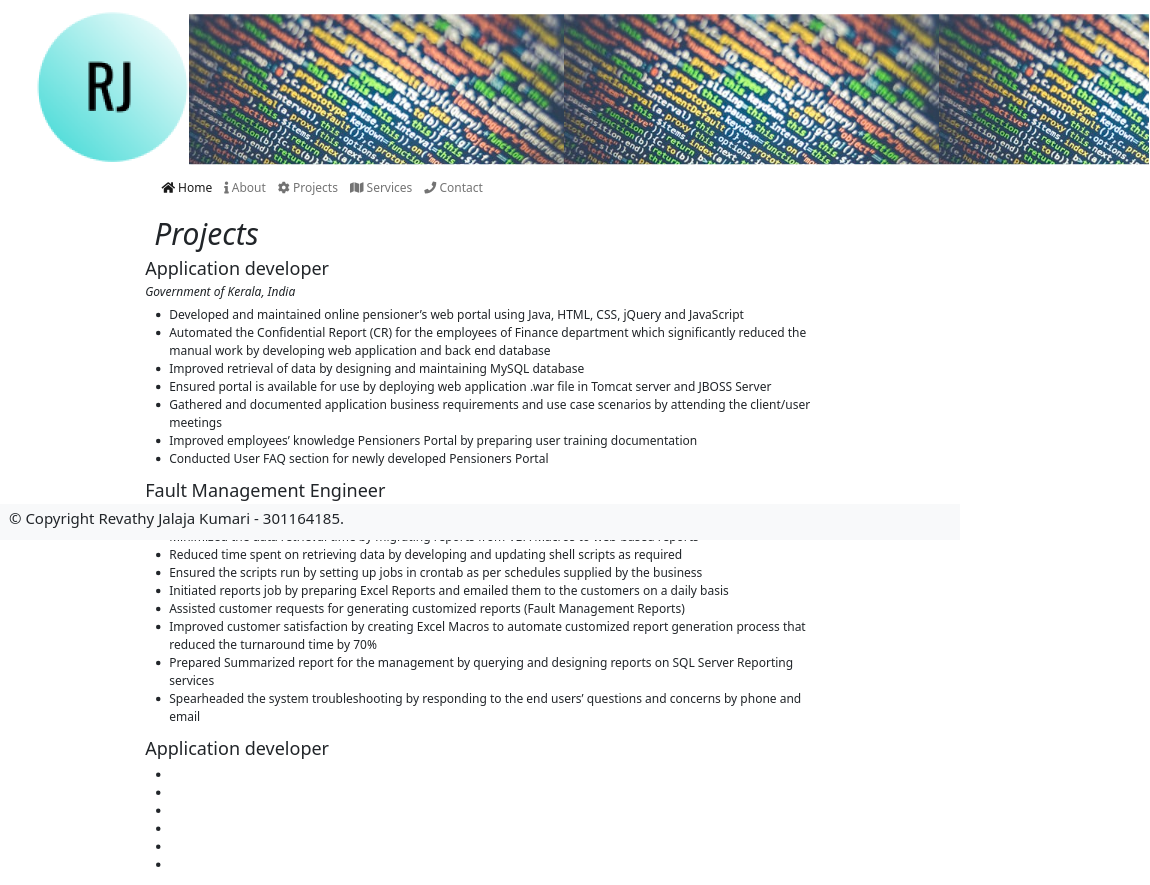
Repository: RevathyJK/Portfolio
Page: http://localhost/projects
These files come from the project's save history. The page is drawn as it stood at one moment and after the next save; the edit follows.
The browser window is 1280 px wide. The page is 1533 px wide, so the pictures cover 1533 px, including what lies to the right of the window. The pictures show the whole page, at 75% of full size.
Backgrounds fixed to the window are drawn as part of the page. The page is served by the project's Node server (server.js).

Above is the page before, as saved 2021-10-01 13:11:24.

After the next save:
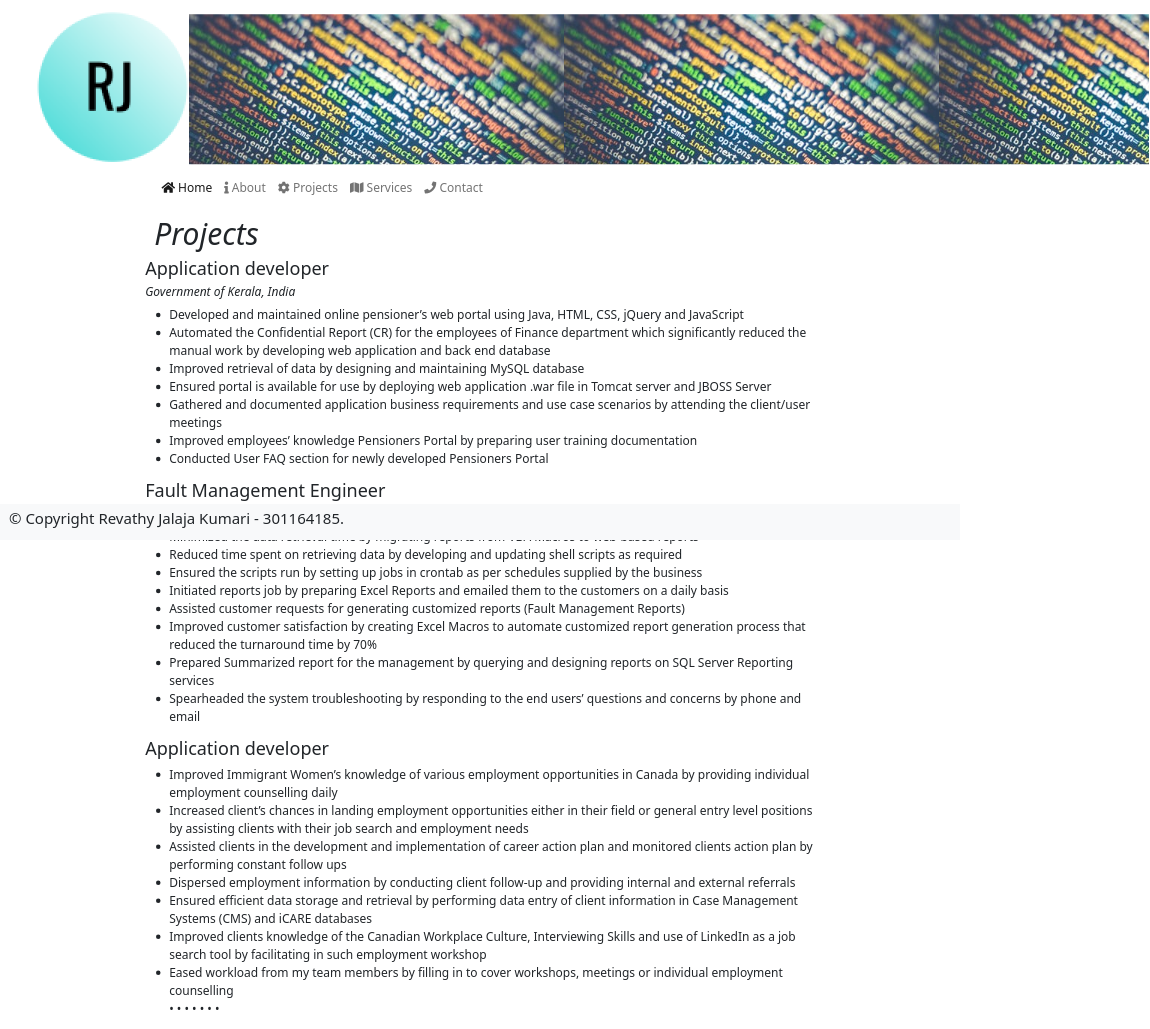
Saved 3 min 27 s later.
--- a/Server/Views/content/projects.ejs
+++ b/Server/Views/content/projects.ejs
@@ -38,12 +38,21 @@
 <tr>
         <h4>Application developer</h4>
         <ul>
-                <li> </li>
-                <li> </li>
-                <li> </li>
-                <li> </li>
-                <li> </li>
-                <li> </li>
+                <li>Improved Immigrant Women’s knowledge of various employment opportunities in Canada by providing individual employment counselling daily </li>
+                <li>Increased client’s chances in landing employment opportunities either in their field or general entry level positions by assisting clients with their job search and employment needs</li>
+                <li>Assisted clients in the development and implementation of career action plan and monitored clients action plan by performing constant follow ups </li>
+                <li>Dispersed employment information by conducting client follow-up and providing internal and external referrals </li>
+                <li>Ensured efficient data storage and retrieval by performing data entry of client information in Case Management Systems (CMS) and iCARE databases </li>
+                <li>Improved clients knowledge of the Canadian Workplace Culture, Interviewing Skills and use of LinkedIn as a job search tool by facilitating in such employment workshop </li>
+                <li>Eased workload from my team members by filling in to cover workshops, meetings or individual employment counselling</li>
+                •
+•
+•
+•
+•
+•
+•
+
         </ul>
 </tr>
 
